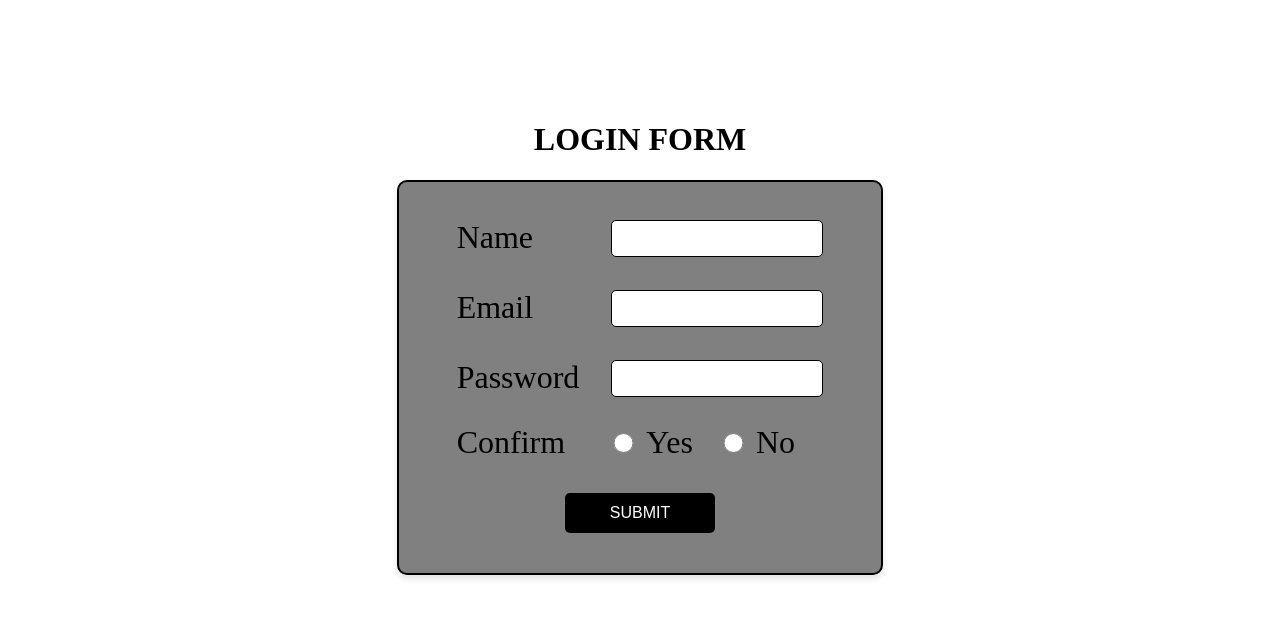
Repository: obusakthi539/Loginform
Page: Form.html
The author's editor kept a copy of each file at every save. The page is drawn from the files as they stood at one save, then again after the next save.
The browser window is 1280 px wide. The pictures show the whole page.

Above is the page before, as saved 2025-01-11 14:30:15.

After the next save:
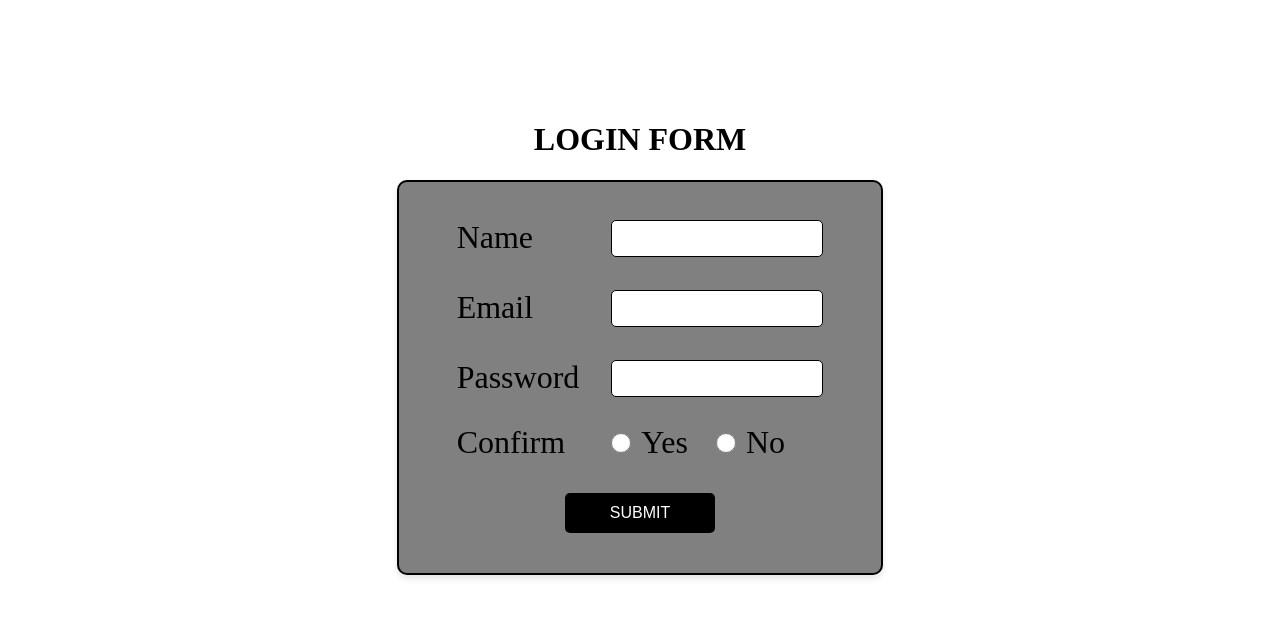
Saved 4 s later.
--- a/Form.html
+++ b/Form.html
@@ -32,7 +32,7 @@
             padding: 5px;
         }
         #i {
-            width: 25px;
+            width: 20px;
             height: 20px;
             margin-right: 10px;
         }
